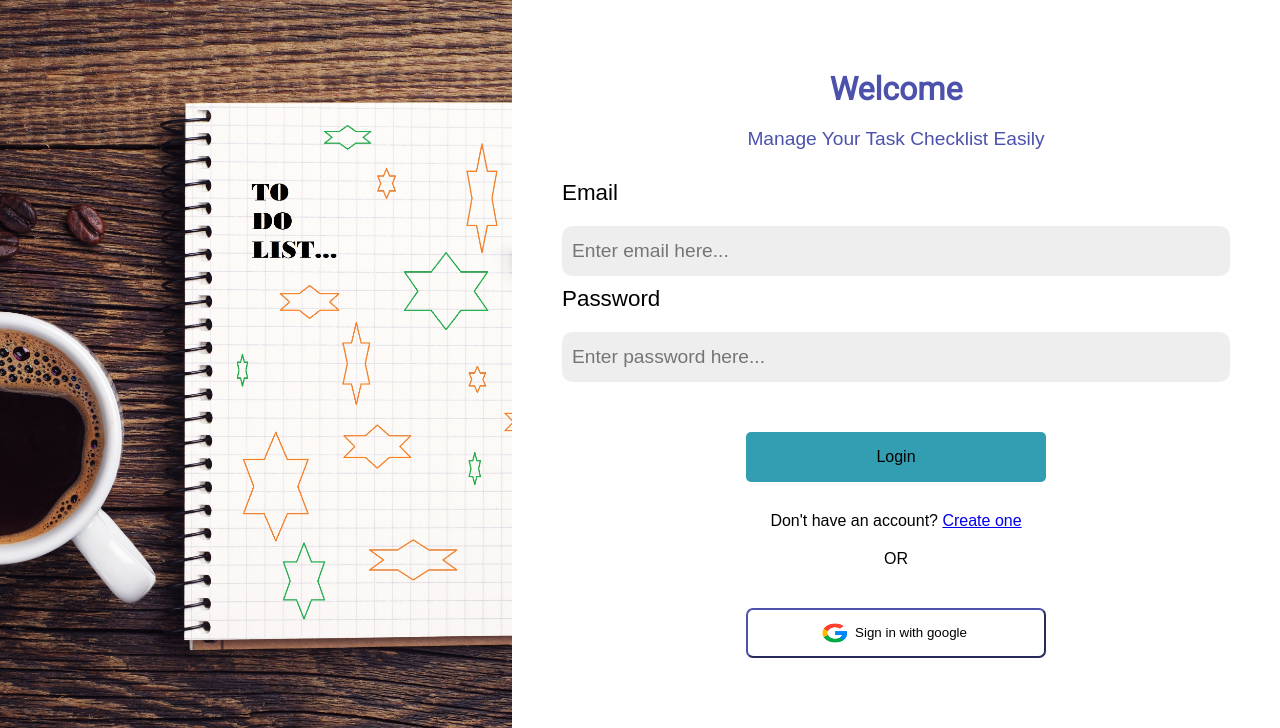
Repository: tebo27cMd/todo_App
Page: /
An editor plug-in stored every save of this project. The page is shown before and after the next save, followed by the edit.
The browser window is 1280 px wide. The pictures show the whole page.
The project was rebuilt for these pictures with package versions that can differ from the ones it lists, and the page was loaded fresh each time. Also part of the build but not shown: src/Pages/SignInPage.jsx, src/Pages/HomePage.jsx.

Above is the page before, as saved 2022-08-23 09:49:08.

### src/App.js
import React, {useState, useEffect} from 'react';
import './App.css';
import LoginPage from './Pages/LoginPage';
import SignInPage from './Pages/SignInPage';
import HomePage from './Pages/HomePage';

import {BrowserRouter as Router,Routes,Route,Link} from "react-router-dom";

//import {collection, getDocs, getDoc, doc, deleteDoc} from 'firebase/firestore'







function App() {


  const [tasks, setTasks] = useState([]);

  const addTasks = ((task, priorityType)=>{
    setTasks((tasks)=>[...tasks, {
      task:task,
      priorityType:priorityType
    }])

    console.log(tasks);
  })
  return (
    <div className="App">

      <Router>
      <Routes>
        <Route exact path="/" element = {<LoginPage/>}></Route>
        <Route path="/SignInPage" element = {<SignInPage/>}></Route>
        <Route exact path="/HomePage" element = {<HomePage/>}></Route>
      </Routes>
    </Router>

    </div>
  );
}

export default App;

### src/App.css
* {
  box-sizing: border-box;
  margin: 0;
  padding: 0;
  font-family: 'Times New Roman', Times, serif;
}

### src/Pages/LoginPage.jsx
import React, { useState } from 'react'

import './LoginPage.css';
import google from '../image/g-login.jpg'
import {Link} from 'react-router-dom'
import { signInWithEmailAndPassword} from 'firebase/auth'
import { auth } from "../Config-file/firebase";
import { useNavigate } from 'react-router-dom';


const LoginPage = () => {

  const [email, setEmail] = useState('');
  const [password, setPassword] = useState('');

  let history = useNavigate();

const SignInPage = (()=>{
  signInWithEmailAndPassword(auth, email, password).then(()=>{

      history("/HomePage");
  }).catch((error)=>{
    console.log(error);
  })
})



  return (
    <div className='LoginPage'>

        <aside></aside>

        <section>
            <h1 className='welcome'>Welcome</h1>

            <p className='paragraph1'>Manage Your Task Checklist Easily</p>

            <div className='input-control'>
                    <label htmlFor="email">Email</label>
                    <input type="email"  placeholder='Enter email here...'
                    onChange={(e)=> setEmail(e.target.value)}/>
            </div>

            <div className='input-control'>
                    <label htmlFor="password">Password</label>
                    <input type="password"  placeholder='Enter password here...'
                    onChange={(e)=> setPassword(e.target.value)}/>
            </div>

            <button className='lgnBtn' onClick={SignInPage}>Login</button>

            <p className='create'>Don't have an account? <span><Link to={"/SignInPage"}>Create one</Link></span></p>

            <h1 className='or'>OR</h1>

            <button className='signBtn'><div className='logo'><img src={google} alt="" /><span><div>Sign in with google</div></span></div></button>




        </section>

    </div>
  )
}

export default LoginPage;

### src/Pages/LoginPage.css
@import url("https://fonts.googleapis.com/css?family=Roboto&display=swap");
:root
{
    --btnGreen: #339eb1;
    --beige: beige;

}

.LoginPage{
    display: grid;
    grid-template-columns: 40% 60%;
    width: 100vw;
    height: 100vh;
    font-family:'Roboto' ;
}

.LoginPage aside{
    background: url(../Images/Ado.jpeg);
    background-size: cover;
}

.LoginPage section{
    display: flex;
    flex-direction: column;
    justify-content: center;
    align-items: center;
    padding: 50px;

}

.LoginPage .welcome{
    margin-top: 20px;
    margin-bottom: 20px;
    font-weight: bolder;
    font-size: 2em;
    font-family:'Roboto' ;
    color: #4c52ac;
}

.LoginPage .paragraph1{
    margin-bottom: 20px;
    font-size: 1.2em;
    color: #4c52ac;
}

.LoginPage .input-control{
    display: flex;
    flex-direction: column;
    align-self: flex-start;
    width: 100%;

}

.LoginPage .input-control label{
    margin-top: 10px;
    margin-bottom: 10px;
    font-size: 1.4em;

}

.LoginPage .input-control input{
    font-size: 1.2em;
    height: 50px;
    padding: 20px 10px 20px 10px;
    margin-top: 10px;
    border: none;
    border-radius: 10px;
    width: 100%;
    background-color: #eee;

}

.LoginPage button{
    width: 300px;
    height: 50px;

}
.LoginPage button:hover{
   background-color:white;

}
.LoginPage .lgnBtn{
    margin-top: 50px;
    border-radius: 5px;
    border: none;
    background-color: var(--btnGreen);
    font-size: 1em;
    cursor: pointer;
}

.LoginPage .create{

    margin-top: 30px;
}


Link{
    color: var(--btnGreen);
}

.LoginPage .or{
    font-weight: lighter;
    font-size: 1em;
    margin: 20px;
}

.LoginPage .signBtn{
    border-color: #4c52ac;
    margin: 20px;
    padding-right: 20px;
    border-radius: 5px;

    cursor: pointer;
    background-color: white;
    border-radius: 7px;


}

.logo{
    display: flex;
    flex-direction: row;
    justify-content: center;

}

.logo img{
    width: 50px;
    height: 30px;
    padding-left: 10px;
}

.logo span{
    padding-top: 7px;
}

### src/Config-file/firebase.js
// Import the functions you need from the SDKs you need
import { initializeApp } from "firebase/app";
import { getFirestore } from "@firebase/firestore";
import {getAuth} from 'firebase/auth';

const firebaseConfig = {
  apiKey: "AIzaSyB44VhlyOGLme-EDCUVNbbB2UbazBO3qIY",
  authDomain:  "todo-433b6.firebaseapp.com",
  projectId:"todo-433b6",
  storageBucket: "todo-433b6.appspot.com",
  messagingSenderId: "23893463738",
  appId:"1:23893463738:web:7b7d1fefeddfc1abce6883",
  measurementId: "G-QQNBP66G32"
};

// Initialize Firebase
const app = initializeApp(firebaseConfig);
const db = getFirestore(app);
const auth = getAuth(app);
export  {auth, db};

### src/css/HomePage.css


*{
    box-sizing:border-box;
    margin: 0;
    padding: 0;
    font-family: sans-serif;
}


.topPart{
    display: flex;
    justify-content: space-between;
    margin: 10px 80px;
    border-bottom: 2px solid black;

}

.topPart button{
    width: 100px;
    margin:0px 20px 5px 0px;
    border-radius: 5px;
    border: none;
    background-color: #33b18d;
    cursor: pointer;
    color: white;
    font-size: 1.2em;

}
.topPart img {
    height: 20px;
}

.topPart button:hover{
    background-color: rgba(245, 27, 27, 0.815);
    color: black;
}

.bottomPart{
    display: flex;
    flex-direction: column;
    justify-content: center;
    align-items: center;
    margin-top: 80px;
}

.bottomPart input{
    margin-right: 10px;
    height: 30px;
    width: 500px;
    padding-left: 20px;
    border: none;
    background-color: #eee;
    border-radius: 5px;

}

.bottomPart select{
    margin-right: 10px;
    height: 30px;
    width: 100px;
    border: none;
    background-color: #33b18d;
    border-radius: 5px;
}

.bottomPart button{
    height: 40px;
    width: 40px;
    border-radius: 50px;
    border: none;
    color: #eee;
    font-size: 1.6em;
    background-color: #33b18d;
    cursor: pointer;

}

.bottomPart button:hover{
    background-color: #776e7625;
    color: black;
}

.input-fields {
    display: flex;
    align-items: center;
}



/* Task list*/


.task-list{
    width: 600px;
    margin-right: 60px;
}

.item{
    display: flex;
    text-align: center;
    justify-content: space-between;
    padding: 10px;
    border-radius: 5px;
    border: none;
    box-shadow: 2px 2px 5px .5px grey;

}
.items{
    padding: 5px 0;
}

.item button{
    border: none;
    border-radius: 50px;
    width: 80px;
    height: 40px;
    background-color:white;
    font-size: 20px;
    cursor: pointer;

}


.tick img{
    width: 40px;

}

Loaded but not shown: public/index.html (common file); src/index.js (common file); src/reportWebVitals.js (common file)

After the next save:
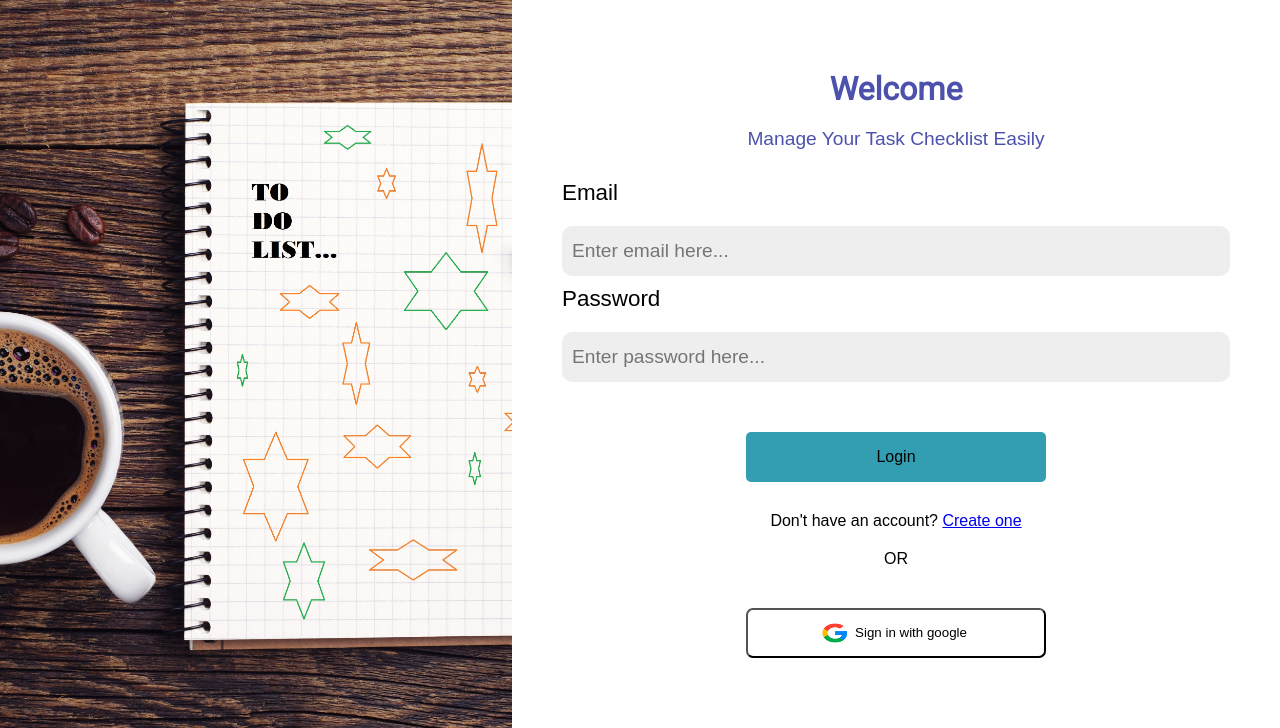
Saved 16 s later.
--- a/src/Pages/LoginPage.css
+++ b/src/Pages/LoginPage.css
@@ -105,7 +105,7 @@ Link{
 }
 
 .LoginPage .signBtn{
-    border-color: #4c52ac;
+
     margin: 20px;
     padding-right: 20px;
     border-radius: 5px;

After the 2 saves that followed:
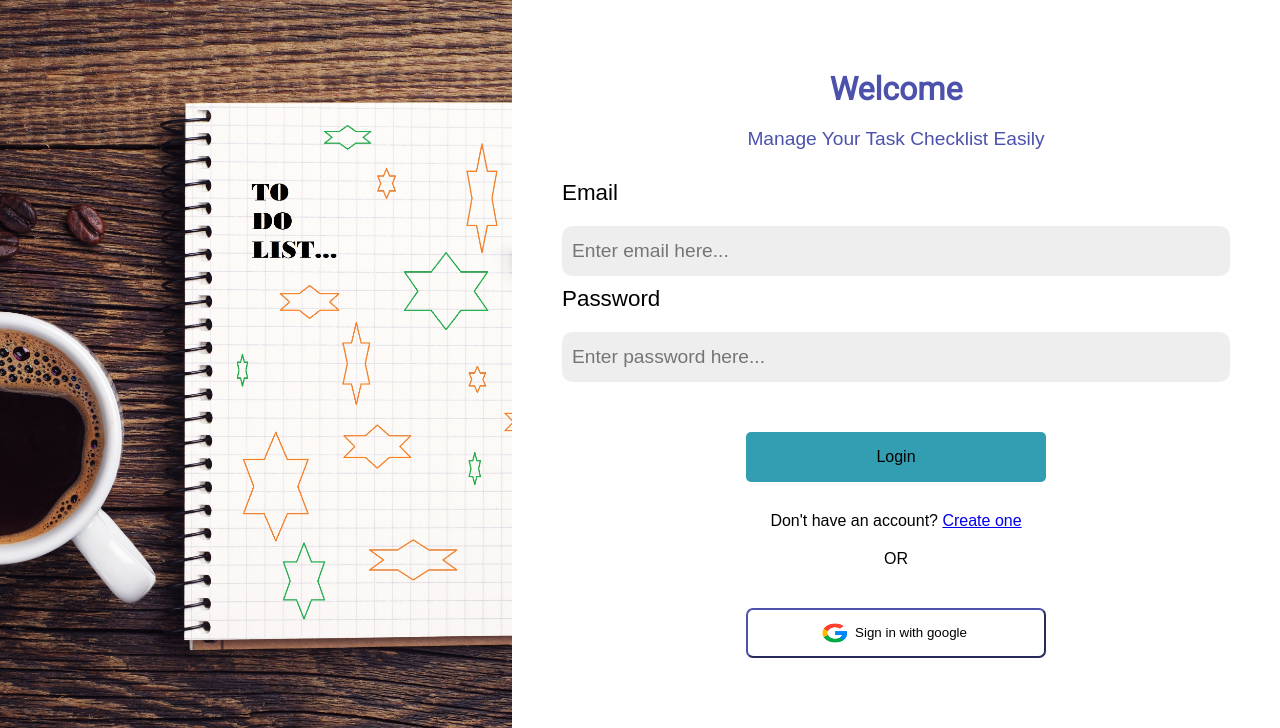
The 2 saves are shown as one change because they came seconds apart.
The last was saved 7 s later.
--- a/src/Pages/LoginPage.css
+++ b/src/Pages/LoginPage.css
@@ -109,7 +109,8 @@ Link{
     margin: 20px;
     padding-right: 20px;
     border-radius: 5px;
-
+    border-color: #4c52ac;
+    bor
     cursor: pointer;
     background-color: white;
     border-radius: 7px;
